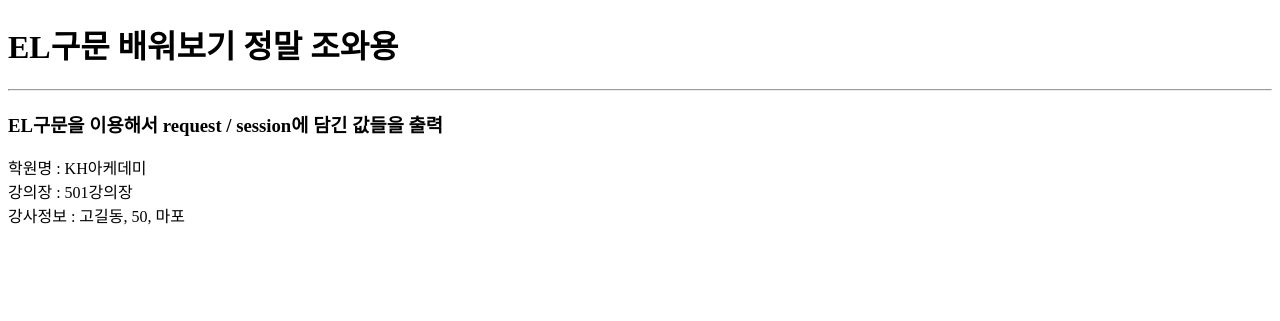
Repository: ghksl0204-shapa/dynamic-web
Page: http://localhost/ActionProject/el.do
The author's editor kept a copy of each file at every save. The page is drawn from the files as they stood at one save, then again after the next save.
The browser window is 1280 px wide. The pictures show the whole page.
The page is served by Tomcat 9. Other server files are loaded and not shown.

Above is the page before, as saved 2026-05-06 06:04:38.

### ActionProject/src/main/webapp/WEB-INF/views/01_el.jsp
<%@ page language="java" contentType="text/html; charset=UTF-8"
    pageEncoding="UTF-8"%>
<%@ page import="com.kh.el.model.dto.Person" %>
<!DOCTYPE html>
<html>
<head>
<meta charset="UTF-8">
<title>UltraSuperPower JSP</title>
</head>
<body>

	<h1>EL구문 배워보기 정말 조와용</h1>

	<%--
	<!--

	<%
		String classRoom = (String)request.getAttribute("classRoom");
		Person student = (Person)request.getAttribute("student");

		String academy = (String)session.getAttribute("academy");
		Person lecture = (Person)session.getAttribute("lecture");
	%>

	<p>
		학원명 : <%= academy %> <br>
		강의장 : <%= classRoom %> <br>
		강사정보 : <%= lecture.getName() %>, <%= lecture.getAge() %>, <%= lecture.getAddress() %> <br><br>

		수강생 정보
		<ul>
			<li>이름 : <%= student.getName() %></li>
			<li>나이 : <%= student.getAge() %></li>
			<li>주소 : <%= student.getAddress() %></li>
		</ul>
	</p>
	-->
	--%>

	<hr>

	<h3>EL구문을 이용해서 request / session에 담긴 값들을 출력</h3>

	<p>
		학원명 : ${ academy } <br>
		강의장 : ${ classRoom } <br>
		강사정보 : ${ lecture.name }, ${ lecture.age }, ${ lecture.address } <br>

		<!--
			실제로 필드에 직접 접근 하는것은 불가능
			.name => getName()
			내부적으로 getter메소드를 찾아서 호출해서 값을 출력하는 구조


		 -->

	</p>






</body>
</html>

### ActionProject/src/main/java/com/kh/el/controller/ElServlet.java
package com.kh.el.controller;

import java.io.IOException;

import javax.servlet.ServletException;
import javax.servlet.annotation.WebServlet;
import javax.servlet.http.HttpServlet;
import javax.servlet.http.HttpServletRequest;
import javax.servlet.http.HttpServletResponse;
import javax.servlet.http.HttpSession;

import com.kh.el.model.dto.Person;

@WebServlet("/el.do")
public class ElServlet extends HttpServlet {
	private static final long serialVersionUID = 1L;

    public ElServlet() {
        super();
    }

	protected void doGet(HttpServletRequest request, HttpServletResponse response) throws ServletException, IOException {
		// 만약 서블릿에서 응답할 데이터가 존재 한다면!!!
		// JSP로 포워딩을 할 때 request.setAttribute("name값", "value값") -> forward ~~
		// request -> Servlet 내장객체 / Scope 객체

		// application / session / request / page

		/*
		 * 1. application scope : ServletContext
		 * 한 애플리케이션 당, 딱 한개 존재하는 객체
		 * 이 영역에 데이터를 담으면 애플리케이션 전역에서 사용 가능
		 *
		 *
		 * 2. session scope : HttpSession
		 * 하나의 브라우저 당, 한 개 존재하는 객체
		 * 이 영역에 데이터를 담으면 JSP / Servlet 단에서 사용 가능
		 * 값이 한 번 담기면 서버를 멈추건, 세션을 비우거나, 브라우저가 닫히기 전까지는 계속 사용 가능
		 *
		 * 3. request scope : HttpServletRequest
		 * 요청 및 응답 시 매법 생성되는 객체
		 * 이 영역에 데이터를 담으면 해당 request 를 포워딩 받는 응답 JSP 에서만 사용가능 (1회성)
		 *
		 * 4. page scope : PageContext
		 * JSP페이지에서만 사용가능
		 *
		 * => 위 객체들에 속성을 추가할 때는 .setAttribute("name값", 벨류);
		 * 							  .getAttribute("namer값");
		 * 							  .removeAttribute("name값");
		 */
		// DTO(VO) 한 개, List<DTO>, int, String

		request.setAttribute("classRoom", "501강의장");
		request.setAttribute("student", new Person("홍길동", 15, "한양"));

		// sessionScope
		HttpSession session = request.getSession();
		session.setAttribute("academy", "KH아케데미");
		session.setAttribute("lecture", new Person("고길동", 50, "마포"));

		// 응답 뷰 배정 -> 포워딩
		request.getRequestDispatcher("/WEB-INF/views/01_el.jsp").forward(request, response);


	}

	protected void doPost(HttpServletRequest request, HttpServletResponse response) throws ServletException, IOException {
		doGet(request, response);
	}




















}

### ActionProject/src/main/java/com/kh/el/model/dto/Person.java
package com.kh.el.model.dto;

public class Person {

	private String name;
	private int age;
	private String address;

	public Person() {
		super();
	}

	public Person(String name, int age, String address) {
		super();
		this.name = name;
		this.age = age;
		this.address = address;
	}

	public String getName() {
		return name;
	}

	public void setName(String name) {
		this.name = name;
	}

	public int getAge() {
		return age;
	}

	public void setAge(int age) {
		this.age = age;
	}

	public String getAddress() {
		return address;
	}

	public void setAddress(String address) {
		this.address = address;
	}

	@Override
	public String toString() {
		return "Person [name=" + name + ", age=" + age + ", address=" + address + "]";
	}

}

After the next save:
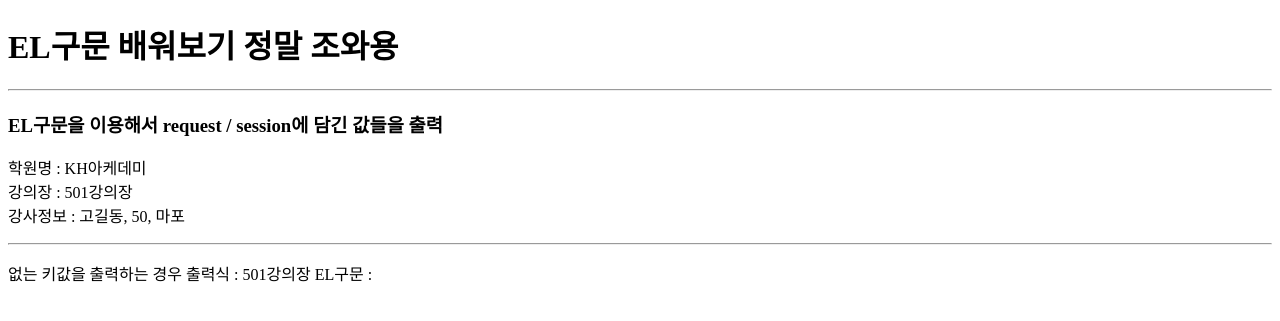
Saved 3 min 43 s later.
--- a/ActionProject/src/main/webapp/WEB-INF/views/01_el.jsp
+++ b/ActionProject/src/main/webapp/WEB-INF/views/01_el.jsp
@@ -50,11 +50,37 @@
 			실제로 필드에 직접 접근 하는것은 불가능
 			.name => getName()
 			내부적으로 getter메소드를 찾아서 호출해서 값을 출력하는 구조
+		 -->
+	</p>
+
+	<hr>
+
+	<p>
+		없는 키값을 출력하는 경우
+
+		출력식 : <%= request.getAttribute("classRoom") %>
+		EL구문 : ${ clasRoom }
+	</p>
 
 
-		 -->
 
-	</p>
+
+
+
+
+
+
+
+
+
+
+
+
+
+
+
+
+
 
 
 
